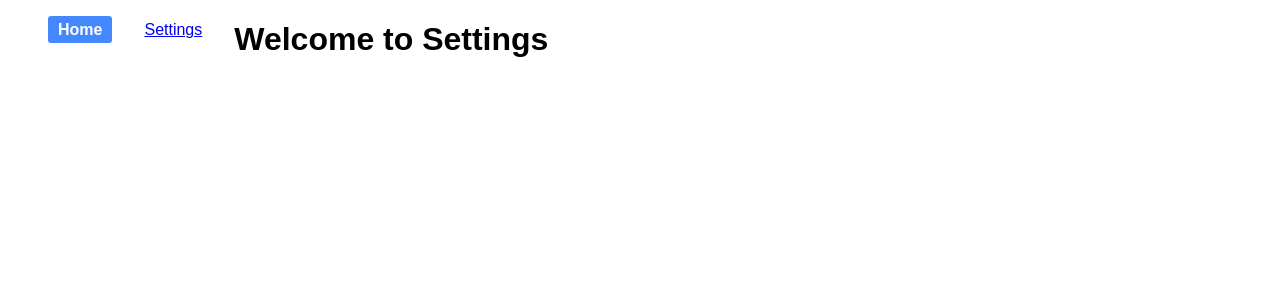
Repository: ErikBaer/News-of-the-World
Page: views/settings.html
An editor plug-in stored every save of this project. The page is shown before and after the next save, followed by the edit.
The browser window is 1280 px wide. The pictures show the whole page.

Above is the page before, as saved 2020-01-19 14:05:39.

### views/settings.html
<!doctype html>
<html>
    <head>
        <title> Settings</title>
        <link rel='stylesheet' href='/public/css/style.css'>
    </head>
    <body>
        <nav>
            <ul class="navigation">
                <li><a href ="/home" class="nav-link">Home</a></li>
                <li><a href ="/settings" class= 'nav-link-active'> Settings</a> </li>
            </ul>
        </nav>
        <main>
            <h1>Welcome to Settings</h1>
        </main>
    </body>
</html>

### public/css/style.css
body {
    font-family:sans-serif;
}

nav {
    padding-bottom: 2em:
}

.navigation li {
    float: left;margin-right: 2em;
    list-style: none;
}

.nav-link {
    padding: 5px 10px;
    font-weight: bold;
    color: #fff;
    text-decoration: none;
    background-color: #4488ff;
    border-radius: 3px;
}

.nav-link.active {
    background-color: #ffaa44;
}

.nav-link:hover {
    background-color: #5599ff;
}

After the next save:
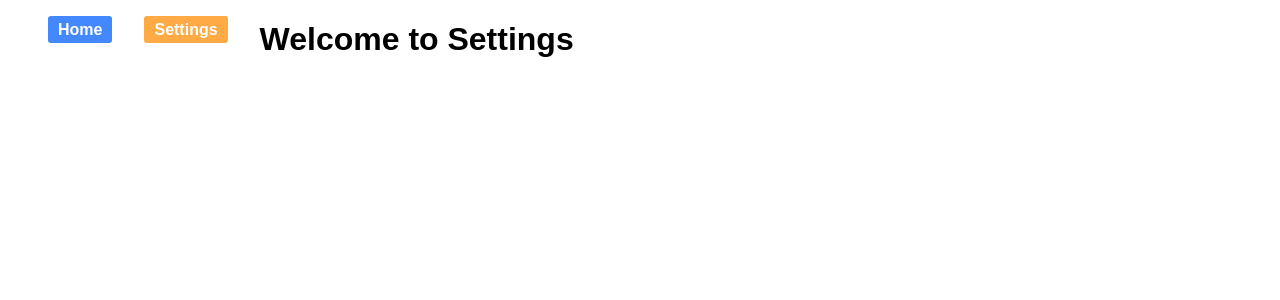
Saved 2 s later.
--- a/views/settings.html
+++ b/views/settings.html
@@ -8,7 +8,7 @@
         <nav>
             <ul class="navigation">
                 <li><a href ="/home" class="nav-link">Home</a></li>
-                <li><a href ="/settings" class= 'nav-link-active'> Settings</a> </li>
+                <li><a href ="/settings" class= 'nav-link active'> Settings</a> </li>
             </ul>
         </nav>
         <main>
